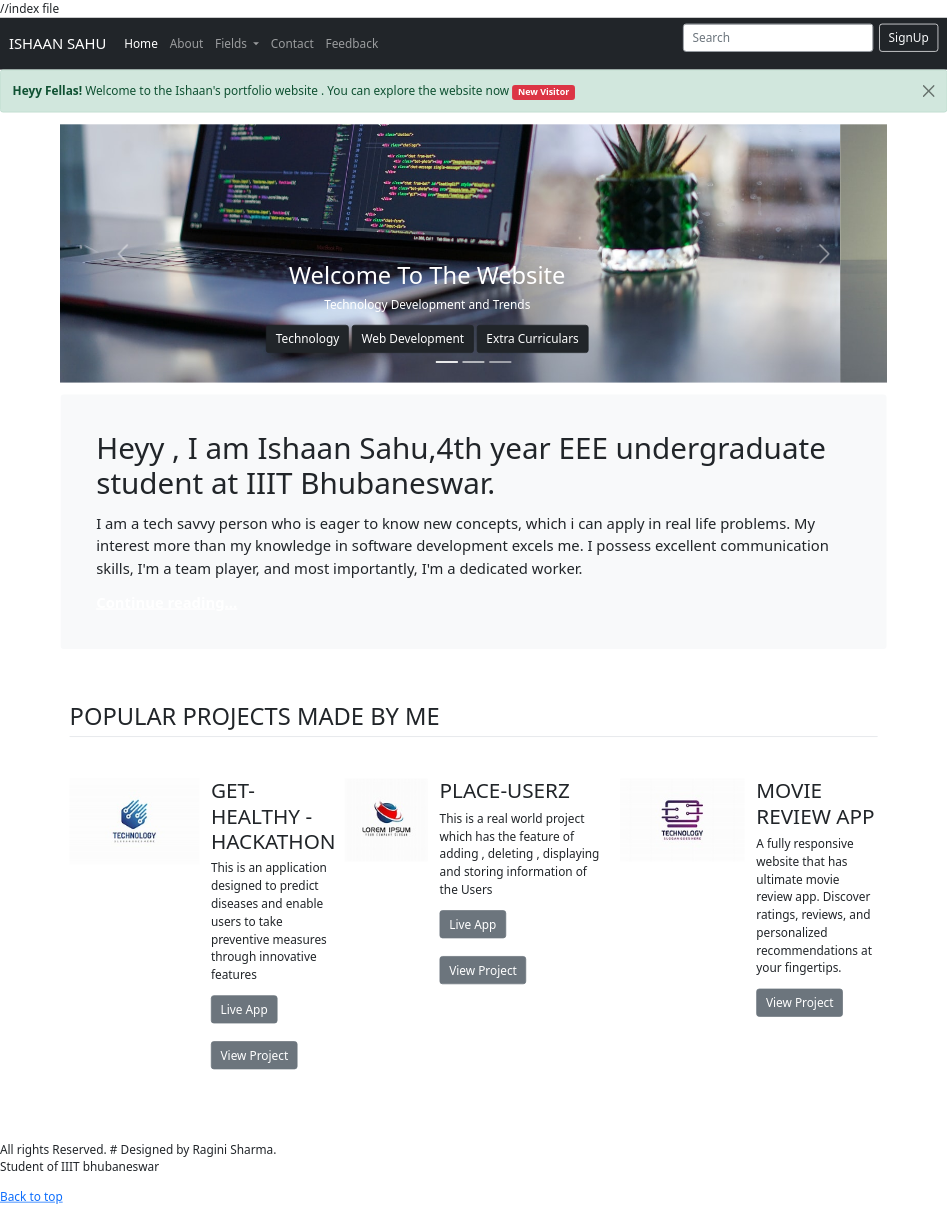
Repository: ishaan51551/Ishaan-s-Portfolio-
Page: index.html
An editor plug-in stored every save of this project. The page is shown before and after the next save, followed by the edit.
The browser window is 1280 px wide. The pictures show the whole page, at 74% of full size.

Above is the page before, as saved 2023-09-13 01:40:31.

After the next save:
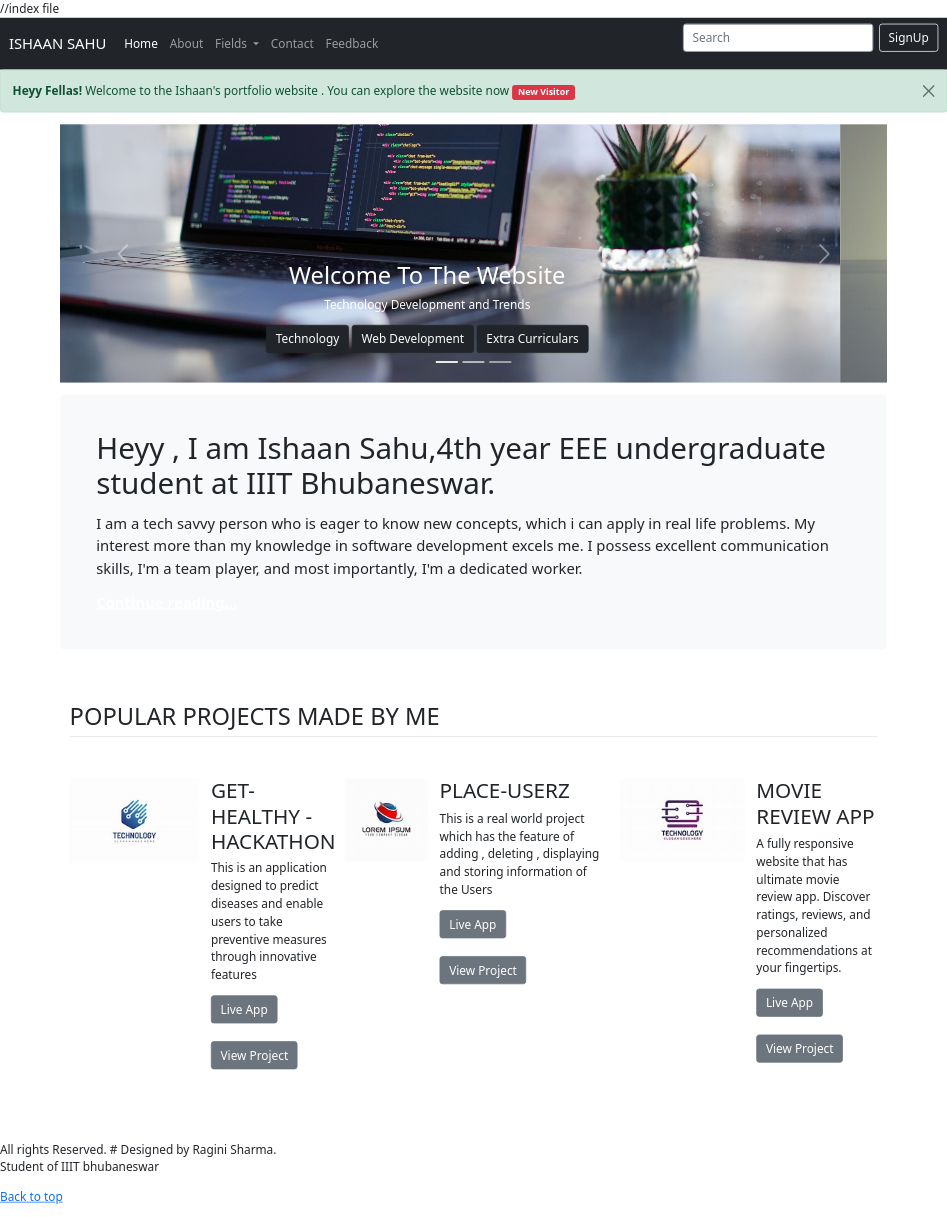
Saved 28 s later.
--- a/index.html
+++ b/index.html
@@ -230,7 +230,12 @@
         <div>
           <h3>MOVIE REVIEW APP</h3>
           <p>A fully responsive website that has ultimate movie review app. Discover ratings, reviews, and personalized recommendations at your fingertips.</p>
-          <a href="https://ragini-sharma21.github.io/online-food-delivery-website/" class="btn btn-secondary">
+          <a href="https://willowy-rabanadas-835b18.netlify.app" class="btn btn-secondary">
+            Live App
+          </a>
+          <br>
+          <br>
+          <a href="https://github.com/ishaan51551/Place-Userz-App.git" class="btn btn-secondary">
             View Project
           </a>
         </div>
